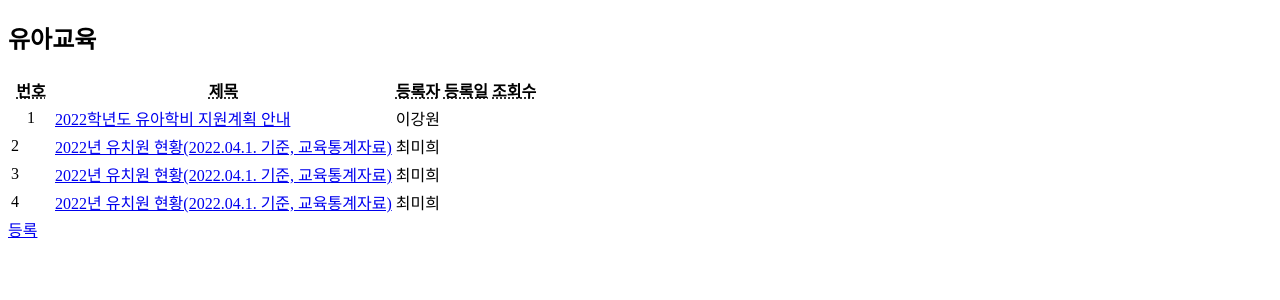
Repository: songyooon/pro06
Page: http://localhost/policy/infantlist
An editor plug-in stored every save of this project. The page is shown before and after the next save, followed by the edit.
The browser window is 1280 px wide. The pictures show the whole page.
The page is this project's Thymeleaf template; nobody is signed in. The template is opened directly, without the code that normally fills it, so the values that code supplies are empty.

Above is the page before, as saved 2022-12-26 04:21:47.

### myapp/src/main/resources/templates/policy/infantlist.html
<!DOCTYPE html>
<html lang="ko" xmlns="http://www.w3.org/1999/xhtml"
 xmlns:th="http://www.thymeleaf.org"
 xmlns:layout="http://www.ultraq.net.nz/thymeleaf/layout">
<head>
	<title>유아교육</title>

</head>
<body>
<div class="fluid-container">

	<div class="container">
	<h2>유아교육</h2>

                <table class="table">
                  <thead>
                    <tr>
                      <th><abbr title="Num">번호</abbr></th>
                      <th><abbr title="Title">제목</abbr></th>
                      <th><abbr title="Comment">등록자</abbr></th>
                      <th><abbr title="Resdate">등록일</abbr></th>
                      <th><abbr title="Visited">조회수</abbr></th>

                    </tr>
                  </thead>
                   <tbody>

                    <tr>
                      <td>&nbsp;&nbsp;&nbsp;&nbsp;1&nbsp;&nbsp;&nbsp;&nbsp;</td>

                      <td>
                          <a href="/pro04/GetEsgDetailCtrl.html?no=1">2022학년도 유아학비 지원계획 안내</a>
                      </td>
                      <td>
                      이강원
                      </td>
                      <td>

                      </td>
                      <td>

                      </td>

                    </tr>

                    <tr>
                      <td>2</td>

                      <td>
                          <a href="/pro04/GetEsgDetailCtrl.html?no=1">2022년 유치원 현황(2022.04.1. 기준, 교육통계자료)</a>
                      </td>
                      <td>
                      최미희
                      </td>
                      <td>

                      </td>
                      <td>

                      </td>

                    </tr>

                    <tr>
                      <td>3</td>

                      <td>
                          <a href="/pro04/GetEsgDetailCtrl.html?no=1">2022년 유치원 현황(2022.04.1. 기준, 교육통계자료)</a>
                      </td>
                      <td>
                      최미희
                      </td>
                      <td>

                      </td>
                      <td>

                      </td>
                    </tr>

                    <tr>
                      <td>4</td>

                      <td>
                          <a href="/pro04/GetEsgDetailCtrl.html?no=1">2022년 유치원 현황(2022.04.1. 기준, 교육통계자료)</a>
                      </td>
                      <td>
                      최미희
                      </td>
                      <td>

                      </td>
                      <td>

                      </td>

                    </tr>



              </tbody>
            </table>

            <div class="buttons">
              <a href="/pro04/about/addEsgnews.html" class="button is-danger is-small is-outlined is-rounded">등록</a>
            </div>

  	</div>
</div>
</body>
</html>

After the next save:
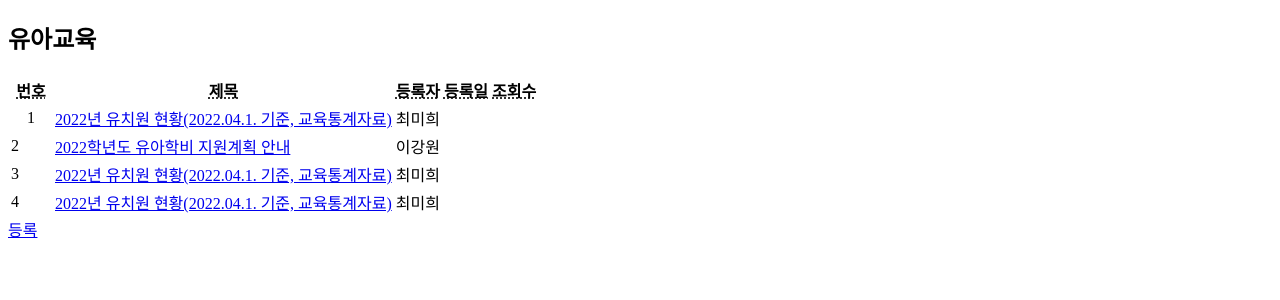
Saved 42 s later.
--- a/myapp/src/main/resources/templates/policy/infantlist.html
+++ b/myapp/src/main/resources/templates/policy/infantlist.html
@@ -29,10 +29,10 @@
                       <td>&nbsp;&nbsp;&nbsp;&nbsp;1&nbsp;&nbsp;&nbsp;&nbsp;</td>
 
                       <td>
-                          <a href="/pro04/GetEsgDetailCtrl.html?no=1">2022학년도 유아학비 지원계획 안내</a>
+                          <a href="/pro04/GetEsgDetailCtrl.html?no=1">2022년 유치원 현황(2022.04.1. 기준, 교육통계자료)
                       </td>
                       <td>
-                      이강원
+                      최미희
                       </td>
                       <td>
 
@@ -47,10 +47,11 @@
                       <td>2</td>
 
                       <td>
-                          <a href="/pro04/GetEsgDetailCtrl.html?no=1">2022년 유치원 현황(2022.04.1. 기준, 교육통계자료)</a>
+                          <a href="/pro04/GetEsgDetailCtrl.html?no=1">2022학년도 유아학비 지원계획 안내
+                     </a>
                       </td>
                       <td>
-                      최미희
+                      이강원
                       </td>
                       <td>
 
